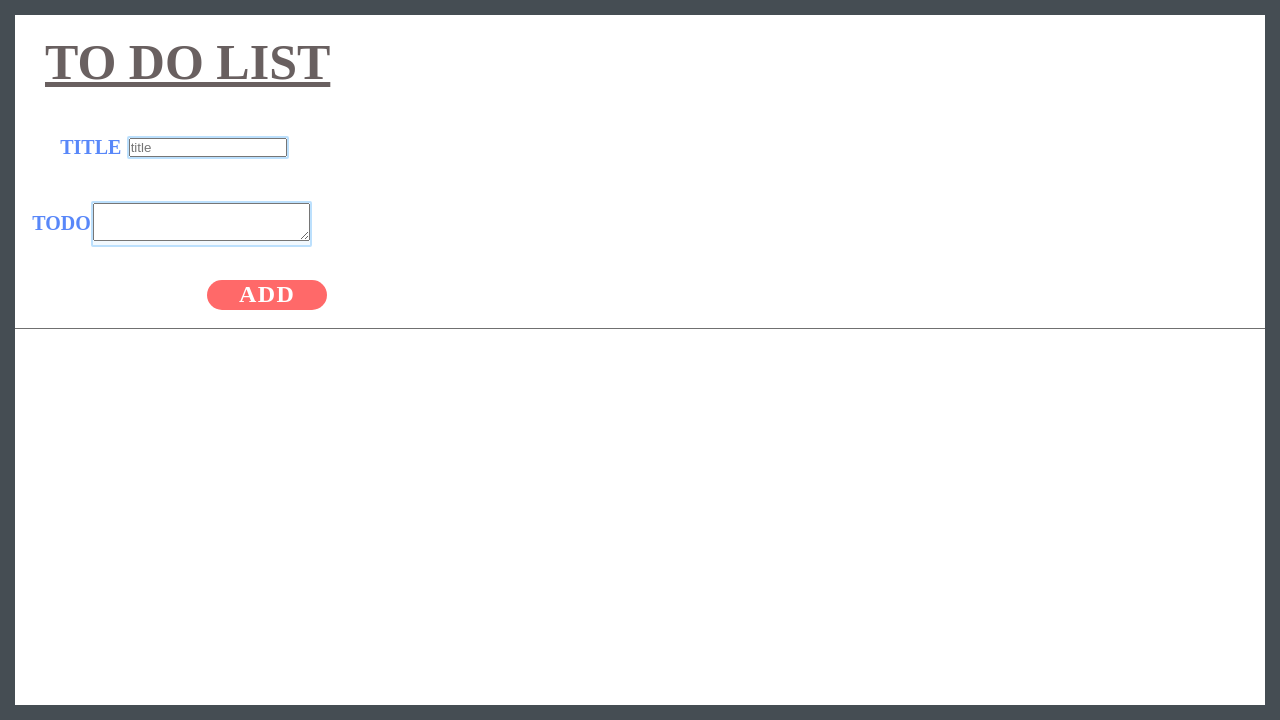
Repository: NagataRyuji0630/shinjin-otameshi
Page: todo_white_board.html
The author's editor kept a copy of each file at every save. The page is drawn from the files as they stood at one save, then again after the next save.
The browser window is 1280 px wide. The pictures show the whole page.

Above is the page before, as saved 2020-06-11 23:17:32.
Not found: todoWhiteBoard.js

### todo_white_board.html
<!DOCTYPE html>
<html lang="ja">

<head>
    <meta charset="UTF-8">
    <meta name="viewport" content="width=device-width, initial-scale=1.0">
    <meta http-equiv="X-UA-Compatible" content="ie=edge">
    <link rel="stylesheet" href="./todo_white_board.css">
    <script src="./constants.js"></script>
    <script src="./domAction.js"></script>
    <script src="./todoWhiteBoard.js"></script>
    <title>Todo White Board</title>
</head>

<body>
    <div class="white_board display_flex_justify direction_colum">

        <div id="board_title_container" class="display_flex_align">
            <div id="board_title">TO DO LIST</div>
        </div>

        <div id="form_container" class="display_flex_justify direction_colum">

            <div class="input_content display_flex_all direction_row">
                <div class="input_title display_flex_all">TITLE</div>
                <div class="blue_form display_flex_all">
                    <input id="todo_title" type="text" placeholder="title" />
                </div>
            </div>

            <div class="input_content display_flex_all direction_row">
                <div class="input_title display_flex_all">TODO</div>
                <div class="blue_form display_flex_all">
                    <textarea id="todo_detail"></textarea>
                </div>

            </div>

            <div id="btn_container" class="display_flex_align">
                <div class="btn red_btn display_flex_all" id="todo_add_btn">
                    <div class="btn_text">ADD</div>
                </div>
            </div>
        </div>

        <div id="todo_list_container"></div>
    </div>
</body>

</html>

### todo_white_board.css
* {
    margin: 0px;
    padding: 0px;
    box-sizing: border-box;
}

body, html {
    width: 100%;
    height: 100%;
    font-size: 16px;
    overflow-x: hidden;
}

.display_flex_all {
    display: flex;
    justify-content: center;
    align-items: center;
}

.display_flex_justify {
    display: flex;
    justify-content: center;
}

.display_flex_align {
    display: flex;
    align-items: center;
}

.direction_colum {
    flex-direction: column;
}

.direction_row {
    flex-direction: row;
}

.white_board {
    width: 100%;
    height: 100%;
    border: 15px solid #454D53;
}

#board_title_container {
    width: auto;
    height: 15%;
    padding-left: 30px;
}

#board_title {
    text-align: center;
    text-decoration: underline;
    font-size: 50px;
    font-weight: bold;
    letter-spacing: 0px;
    color: #696060;
}

#form_container {
    width: 100%;
    height: 35%;
    padding: 0px 40px;
    border-bottom: 1px solid #707070;
}

.input_content {
    width: 20%;
    height: 35%;
}

.input_title {
    width: 35%;
    height: 100%;
    text-align: center;
    font-size: 20px;
    font-weight: bold;
    letter-spacing: 0px;
    color: #5887F9;
}

.blue_form {
    display: block;
    background: #F1F9FF 0% 0% no-repeat padding-box;
    border: 2px solid #BCE0FD;
    border-radius: 2px;
}

#todo_title {
    text-align: left;
    width: 100%;
    height: 100%;
}

#todo_detail {
    text-align: left;
    font-size: 16px;
    letter-spacing: 0px;
    color: #5887F9;
}

#btn_container {
    width: 100%;
    height: 30%;
}

.btn {
    width: 120px;
    height: 30px;
    border-radius: 24px;
}

.red_btn {
    background-color: #FF6969;
}

#todo_add_btn {
    position: relative;
    left: 13%
}

.btn_text {
    text-align: center;
    font-size: 24px;
    font-weight: bold;
    letter-spacing: 1.44px;
    color: #FFFFFF;
}

#todo_list_container {
    width: 100%;
    height: 60%;
}

Loaded but not shown: constants.js (no stored copy; drawn as an empty file); domAction.js (no stored copy; drawn as an empty file)

After the next save:
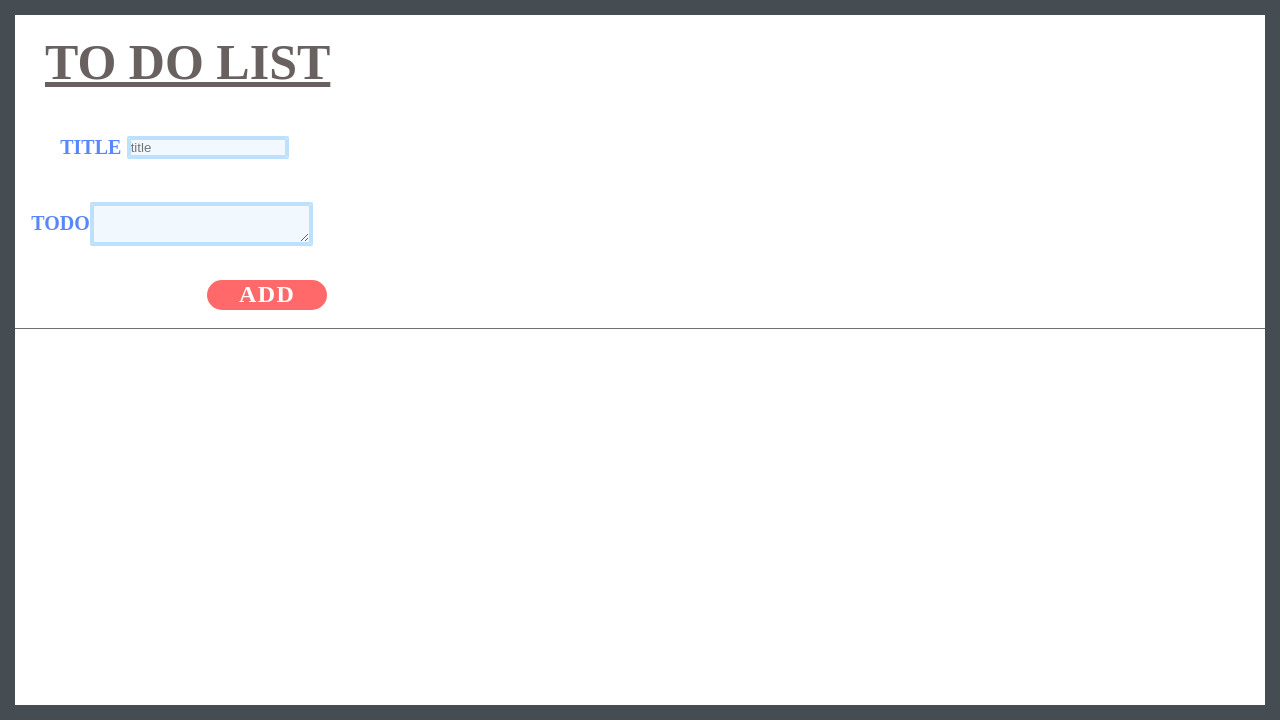
Saved 36 s later.
--- a/todo_white_board.html
+++ b/todo_white_board.html
@@ -24,14 +24,14 @@
             <div class="input_content display_flex_all direction_row">
                 <div class="input_title display_flex_all">TITLE</div>
                 <div class="blue_form display_flex_all">
-                    <input id="todo_title" type="text" placeholder="title" />
+                    <input class="blue_form" id="todo_title" type="text" placeholder="title" />
                 </div>
             </div>
 
             <div class="input_content display_flex_all direction_row">
                 <div class="input_title display_flex_all">TODO</div>
                 <div class="blue_form display_flex_all">
-                    <textarea id="todo_detail"></textarea>
+                    <textarea class="blue_form" id="todo_detail"></textarea>
                 </div>
 
             </div>
